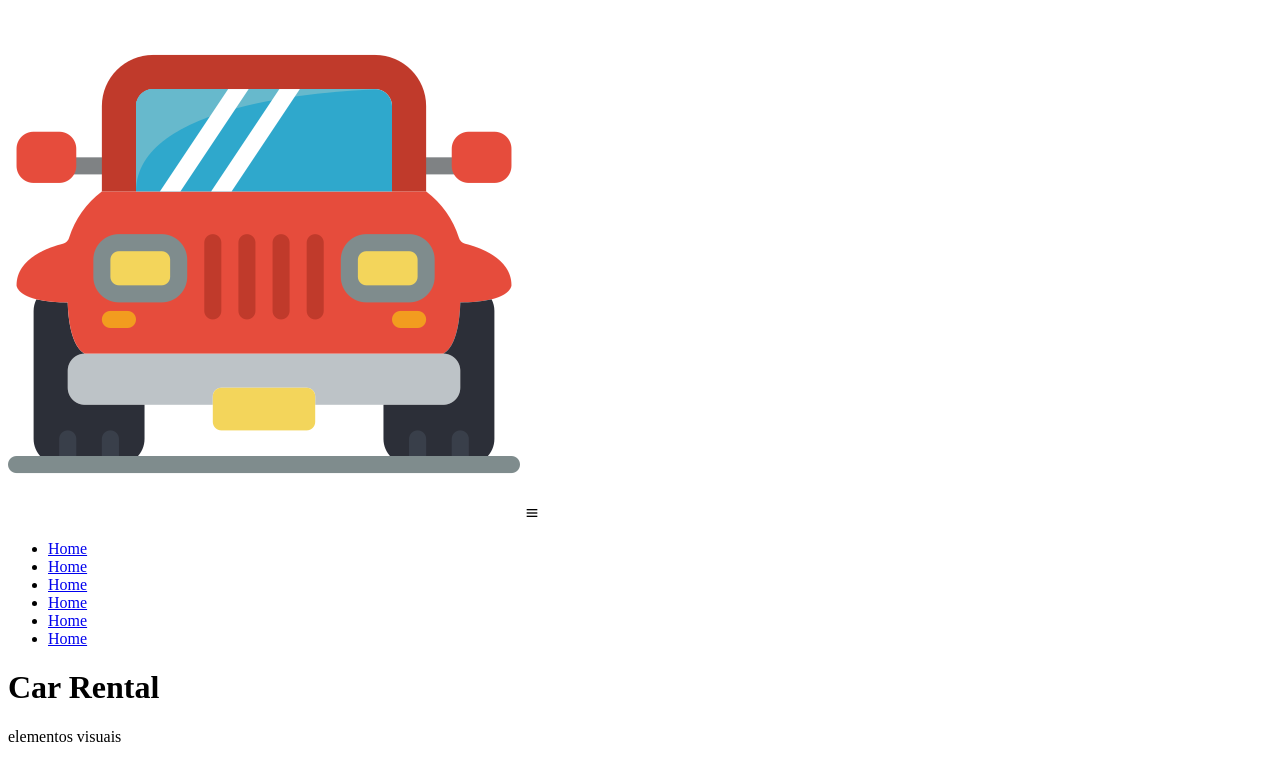
Repository: douglasabnovato/car-rental
Page: index.html
The author's editor kept a copy of each file at every save. The page is drawn from the files as they stood at one save, then again after the next save.
The browser window is 1280 px wide. The pictures show the whole page.

Above is the page before, as saved 2025-05-15 18:16:28.

### index.html
<!DOCTYPE html>
<html lang="en">
  <head>
    <meta charset="UTF-8" />
    <meta name="viewport" content="width=device-width, initial-scale=1.0" />
    <title>Car Rental</title>
    <link
      rel="stylesheet"
      href="https://cdn.jsdelivr.net/npm/boxicons@latest/css/boxicons.min.css"
    />
  </head>
  <body>
    <!-- Header -->
    <header>
      <a href="#" class="logo"
        ><img src="./assets/jeep.png" alt="logo da car rental" srcset=""
      /></a>
      <div class="bx bx-menu" id="menu-icon"></div>
      <ul class="navbar">
        <li><a href="#home">Home</a></li>
        <li><a href="#home">Home</a></li>
        <li><a href="#home">Home</a></li>
        <li><a href="#home">Home</a></li>
        <li><a href="#home">Home</a></li>
        <li><a href="#home">Home</a></li>
      </ul>
    </header>
    <h1>Car Rental</h1>
    <p>elementos visuais</p>
    <script src="./script.js"></script>
  </body>
</html>

Loaded but not shown: script.js (no stored copy; drawn as an empty file)

After the next save:
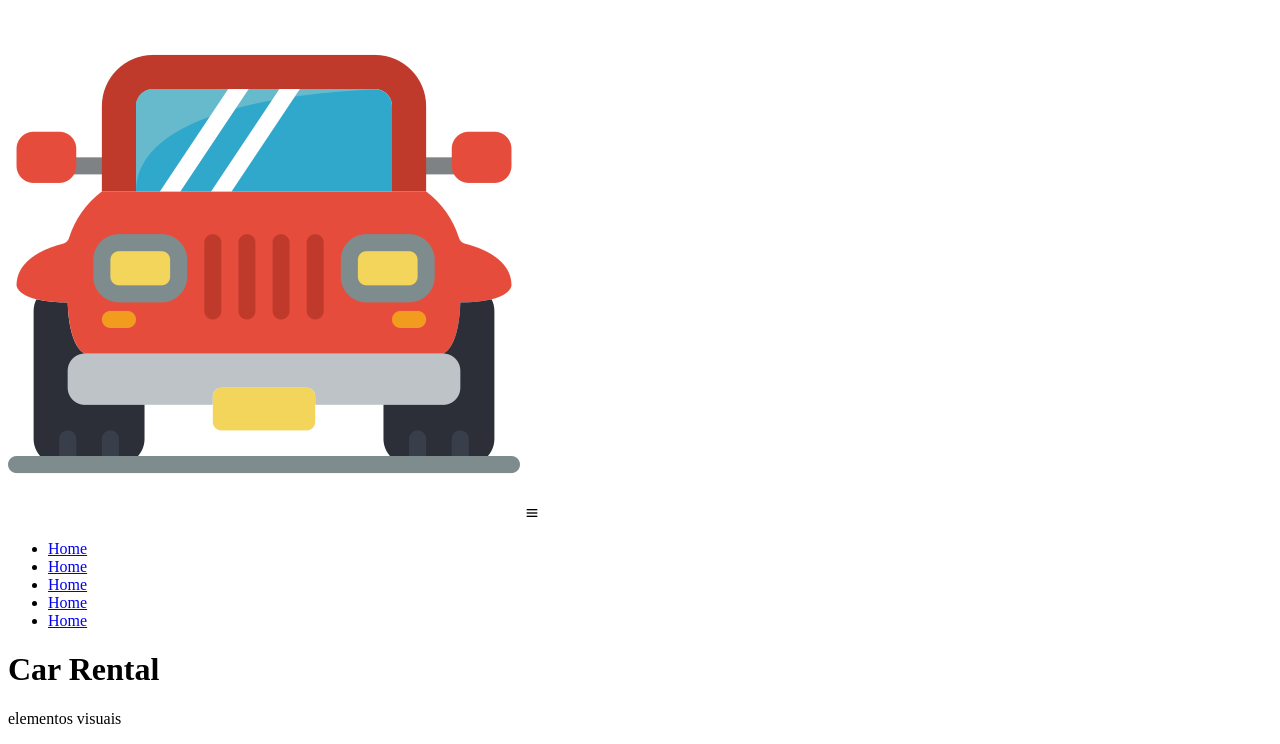
Saved 7 s later.
--- a/index.html
+++ b/index.html
@@ -22,7 +22,6 @@
         <li><a href="#home">Home</a></li>
         <li><a href="#home">Home</a></li>
         <li><a href="#home">Home</a></li>
-        <li><a href="#home">Home</a></li>
       </ul>
     </header>
     <h1>Car Rental</h1>
